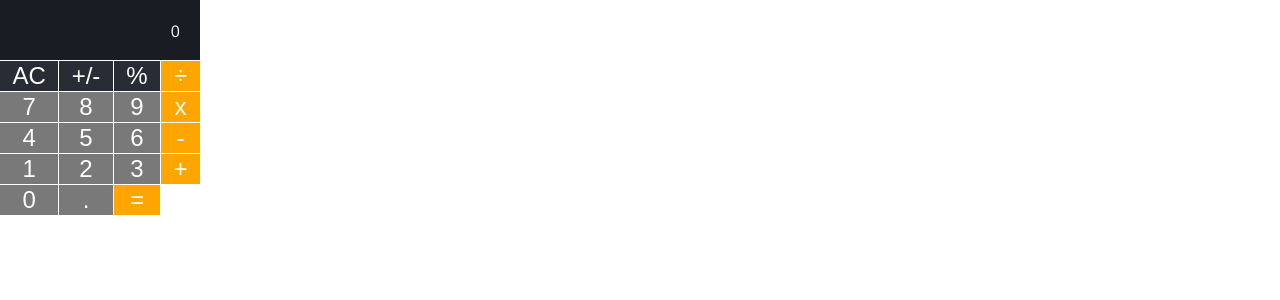
Repository: catsarenotreal/CalculatorWebApp
Page: /
These files come from the project's save history. The page is drawn as it stood at one moment and after the next save; the edit follows.
The browser window is 1280 px wide. The pictures show the whole page.
The project was rebuilt for these pictures with package versions that can differ from the ones it lists, and the page was loaded fresh each time.

Above is the page before, as saved 2024-08-26 15:23:54.

### src/index.tsx
import React from 'react';
import ReactDOM from 'react-dom/client';
import './index.css';
import App from './App';
import reportWebVitals from './reportWebVitals';
import "@fontsource/open-sans";

const root = ReactDOM.createRoot(
  document.getElementById('root') as HTMLElement
);
root.render(
  <React.StrictMode>
    <App />
  </React.StrictMode>
);

// If you want to start measuring performance in your app, pass a function
// to log results (for example: reportWebVitals(console.log))
// or send to an analytics endpoint. Learn more: https://bit.ly/CRA-vitals
reportWebVitals();

### src/index.css



body {
  margin: 0;
  font-family: 'Open Sans'
    /* sans-serif; */
  /* -webkit-font-smoothing: antialiased;
  -moz-osx-font-smoothing: grayscale; */
}

code {
  font-family: source-code-pro, Menlo, Monaco, Consolas, 'Courier New',
    monospace;
}

### src/App.tsx
import React from 'react';
import { useState } from 'react';
import './App.css';

let stack : string[] = ['0']; // length should never be 0
// let prevOp : operations = "+";
var currNum : number = 0; // number on display to the display screen
var nextRefresh : boolean = false; // decides whether to refresh upon input of new numbers
var setAC : boolean = true;
// var restarted : boolean = true;

const operations = ["+", "-", "x", "÷", "="] as const;
type Operations = (typeof operations)[number];
const isOp = (x:any): x is Operations => operations.includes(x);

type Props = {
  val : string;
  colour : 'orange'|'darkgrey'|'lightgrey';
  setDisplay : React.Dispatch<React.SetStateAction<string>>;
}

function refresh(props : Props){
  stack.length = 0;
  stack = ['0'];
  currNum = 0;
  const setDisplay = props.setDisplay;
  setDisplay('0');
  setAC = true;
}

// function takeOp(op : string){

// }

function Buttons( { val, colour, setDisplay}  : Props){


  function stackBack(val : Operations | string){ // takes in operation, compresses the stack (nothing is returned)

    // after pressing an operation, work on the previous (if any) calculation and squeeze to one grid
    // basically when operation is encountered, squeeze previous into a number
    // assume that prev is number alr

    if (isOp(val)){ // is operation, "" only when % happens
      if (stack.length == 1){ // num only, only need to push in the op
        if (val === "="){
          return;
        }
        stack.push(val);
      }

      else{ // has num and operation, causes collapse of stack then adds the current op to the stack
        let firstNum : number = Number(stack[0]);
        let middleOp = stack[1];

        if (!isOp(middleOp)){
          console.log("error");
          return ; // this should not happen la.........
        }

        let answer = calculation(firstNum, currNum, middleOp);
        stack.length = 0; // collapsing

        if (typeof answer === "string"){ // for div by 0
          return; // returns with stack.lenght == 0
        }
        else {
          stack = [answer.toString()];
          if (val != "=") stack.push(val);  // pushes the current op // dont let "%" be pushed also
          currNum = answer;
        }
      }

    }

    else if (val === "%"){
      let answer = calculation(currNum, 0.01, "x"); // answer will be num

      stack.pop(); // remove currnum
      stack.push(answer.toString());
      currNum = answer;
    }

    else{ // is number

      if (stack.length == 2){ // digit + op only
        stack.push(val.toString());
        currNum = Number(val);
      }
      else if (stack.length == 1 || stack.length == 3){ // currently on number mode
        // dont run the op yet
        // only trying to push the second number tgt
        // ignore the first two elements
        currNum = currNum * 10 + Number(val);
        stack.pop(); // remove current existing number and replace with new one
        stack.push(currNum.toString());

      }
    }




  }

  function calculation(firstNum : number, secondNum : number, op : Operations) : number  {

    switch (op){
      case "+": //
        return firstNum + secondNum;
      case "-":
        return firstNum - secondNum;
      case "÷":
        return firstNum / secondNum; // if error just returns infinity anyway...
      case "x":
        return firstNum * secondNum;
      case "=": // will never happen
        return 0;
    }

  }

  function handleClick(props : Props){
    var val = props.val;
    // var setACDis = props.setACDis;

    if (nextRefresh) {
      refresh(props);
      // if (typeof setACDis != "undefined") setACDis("AC");
      nextRefresh = false;
    }

    if (val === "AC" || val === "C"){
      refresh(props);
      console.log("ac pressed outside");
      // if (typeof setACDis != "undefined") {
      //   setACDis("AC");
      // }
    }

    else if (val == "+/-"){
      // always only applies to currNum this is dumb
      stack[stack.length-1] = "-" + stack[stack.length-1];
      currNum = currNum * -1;
      setDisplay(currNum.toString());
    }

    else if (val === "%"){
      // literally just implicitly does a x0.01 on the current number (with brackets)

      stackBack("%") // push back an empty one?
      setDisplay(currNum.toString());

    }
    else{ // number
      // post-operation number
      setAC = false;
      if (isOp(val) || !Number.isNaN(Number(val))){
        console.log("helo");
        stackBack(val);
      }

      if (stack.length == 0){ // division by 0 has occured, trigger refresh
        setDisplay("Not a Number");
        refresh(props); // resets stack length to > 0
      }
      else{
        console.log(currNum);
        setDisplay(currNum.toString());
      }

      if (val === "="){
        nextRefresh = true;
      }

    }
  }

  return <button className = {`Buttons ${colour}`} onClick = {() => handleClick({ val, colour, setDisplay})}>
    {val}
  </button>
}

/*

value1 ? 'a' : 'b'

value1 || 'a'

// if value1 is true => value1
// if value1 is false => 'a'

value2 && 'a'
// if value2 is true => 'a'
// if value2 is false => ignore

*/

export default function Calc() {
  const [display, setDisplay] = useState('0'); // display is number by default
  const [ACdis, setACDis] = useState<'AC' | 'C'>('C'); // only changes to C when there are numbers in the stack (i.e. is active)
  // if (stack[0] != "0") setACDis("C");
  // if (stack.length > 2) setACDis('AC');
  // startWithRefresh(setACDis);
  return (
    <div>
      {/* <div className = "row">
        <div className= "DisplayScreen">{`${(display)}`}</div>
      </div> */}
      <div className = "wrapper">
      {/* <div className = "row"> */}
        <div className= "DisplayScreen">{`${(display)}`}</div>
        <Buttons val={setAC ? "AC" : "C"} colour = 'darkgrey' setDisplay = {setDisplay} />
        <Buttons val={'+/-'} colour = 'darkgrey' setDisplay = {setDisplay}/>
        <Buttons val={'%'} colour = 'darkgrey' setDisplay = {setDisplay} / >
        <Buttons val={'÷'} colour = 'orange' setDisplay = {setDisplay} />
      {/* </div> */}
      {/* <div className = "row"> */}
        <Buttons val={'7'} colour = 'lightgrey' setDisplay = {setDisplay} />
        <Buttons val={'8'} colour = 'lightgrey' setDisplay = {setDisplay}/>
        <Buttons val={'9'} colour = 'lightgrey' setDisplay = {setDisplay}/ >
        <Buttons val={'x'} colour = 'orange'  setDisplay = {setDisplay}/>
      {/* </div> */}
      {/* <div className = "row"> */}
        <Buttons val={'4'} colour = 'lightgrey' setDisplay = {setDisplay}/>
        <Buttons val={'5'} colour = 'lightgrey' setDisplay = {setDisplay}/>
        <Buttons val={'6'} colour = 'lightgrey' setDisplay = {setDisplay}/ >
        <Buttons val={'-'} colour = 'orange'  setDisplay = {setDisplay}/>
      {/* </div> */}
      {/* <div className = "row"> */}
        <Buttons val={'1'} colour = 'lightgrey' setDisplay = {setDisplay}/>
        <Buttons val={'2'} colour = 'lightgrey' setDisplay = {setDisplay}/>
        <Buttons val={'3'} colour = 'lightgrey' setDisplay = {setDisplay}/ >
        <Buttons val={'+'} colour = 'orange'  setDisplay = {setDisplay}/>
      {/* </div>
      <div className = "row"> */}
        <Buttons val={'0'} colour = 'lightgrey' setDisplay = {setDisplay}/>
        <Buttons val={'.'} colour = 'lightgrey' setDisplay = {setDisplay}/>
        <Buttons val={'='} colour = 'orange' setDisplay = {setDisplay}/>
      </div>
    </div>

  );
}

### src/App.css
.App {
  text-align: center;
}

.App-logo {
  height: 40vmin;
  pointer-events: none;
}


.App-header {
  background-color: #282c34;
  min-height: 100vh;
  display: flex;
  flex-direction: column;
  align-items: center;
  justify-content: center;
  font-size: calc(10px + 2vmin);
  color: white;
}

.App-link {
  color: #61dafb;
}


/* .DisplayScreen {
  background-color: rgb(24, 24, 24);
  text-align: right;
} */

.Buttons {
  text-align: center;
  box-shadow: none;
  outline: none;
  border: none;
  font-size: 1.5rem;
  color: white;
  /* height: 40px;
  width: 60px;
  padding: 0px; */
}


.Buttons.orange{
  background-color: orange;
}

.Buttons.orange:active{
  background-color: rgb(155, 101, 0);
}

.Buttons.lightgrey{
  background-color: #797979;
}

.Buttons.lightgrey:active{
  background-color: #4f4f4f;
}

.Buttons.darkgrey{
  background-color:#282c34;
}

.Buttons.darkgrey:active{
  background-color:#0b0d12;
}

.DisplayScreen{
  /* width: 200px; */
  height: 20px;
  padding:20px;
  /* font-size: 100;
   */
  font-size:100%;
  font-weight: 100%;
  /* padding-bottom: ; */
  text-align: right;

  background-color: #191d23;
  color: white;
  grid-column: span 4;
}

.wrapper {
  display: grid;
  width: 200px;
  column-width: 40px;
  /* column-gap:1px;
  row-gap:1px; */
  grid-gap:1px;
  padding:0px;
  grid-template-columns: auto auto auto auto;

}

Loaded but not shown: public/index.html (common file); src/reportWebVitals.ts (common file)

After the next save:
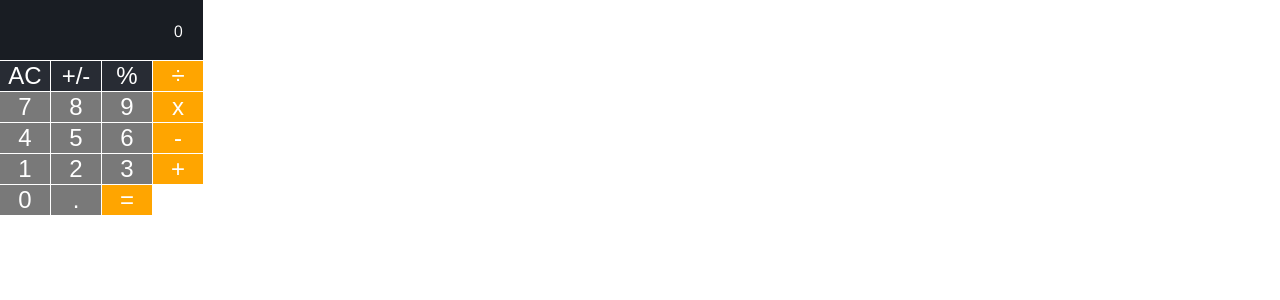
Saved 4 min 31 s later.
--- a/src/App.css
+++ b/src/App.css
@@ -85,11 +85,11 @@
 .wrapper {
   display: grid;
   width: 200px;
-  column-width: 40px;
+  /* column-width: 40px; */
   /* column-gap:1px;
   row-gap:1px; */
   grid-gap:1px;
   padding:0px;
-  grid-template-columns: auto auto auto auto;
+  grid-template-columns: 50px 50px 50px 50px;
 
 }
